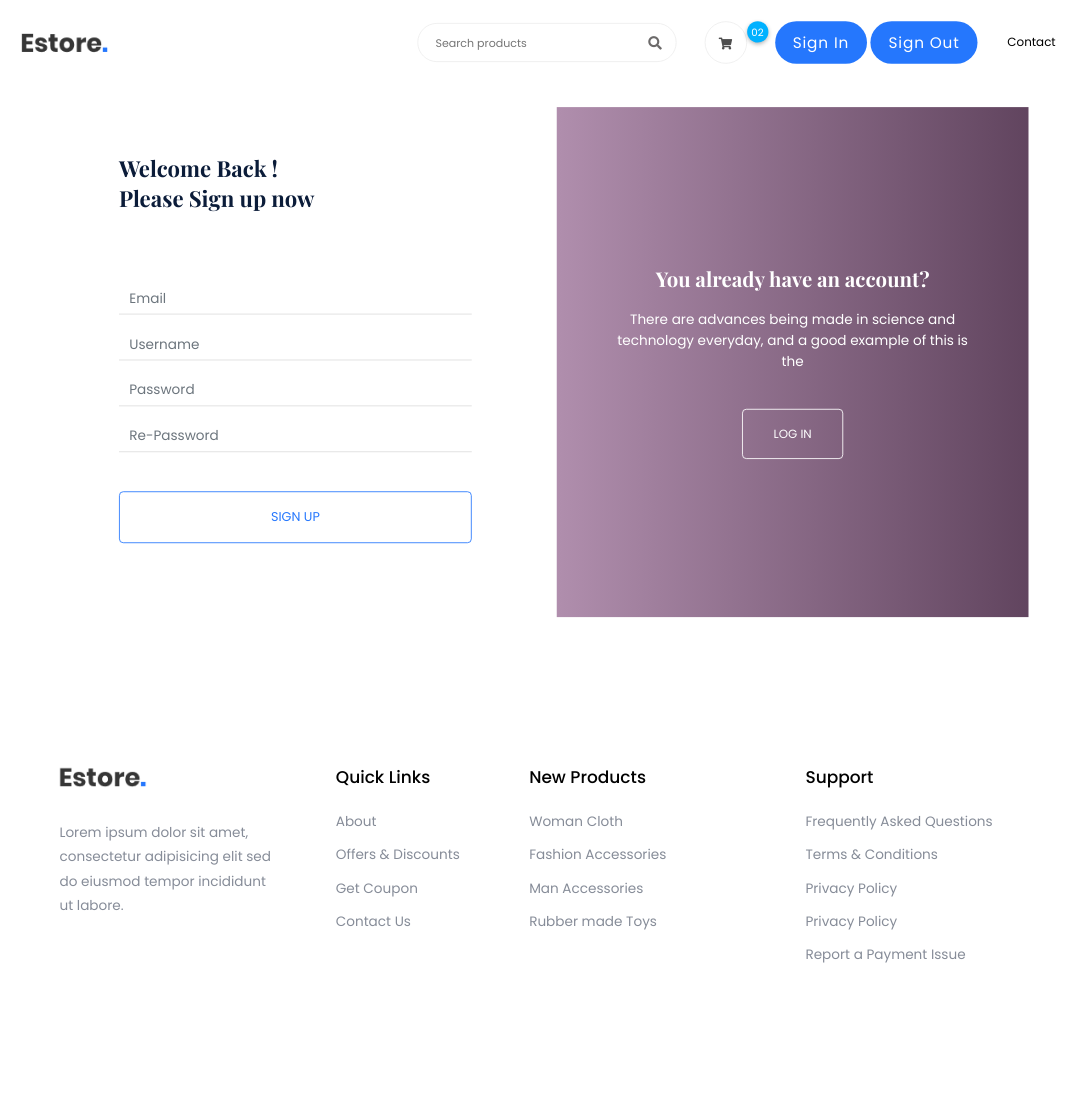
Repository: tuanloc782004/Estore-Bookshop-Website
Page: http://localhost/auth/register
These files come from the project's save history. The page is drawn as it stood at one moment and after the next save; the edit follows.
The browser window is 1280 px wide. The pictures show the whole page, at 85% of full size.
Some web fonts or font styles are not loaded; a fallback is used. The page is this project's Thymeleaf template; nobody is signed in. The template is opened directly, without the code that normally fills it, so the values that code supplies are empty.

Above is the page before, as saved 2024-10-27 03:56:27.

After the next save:
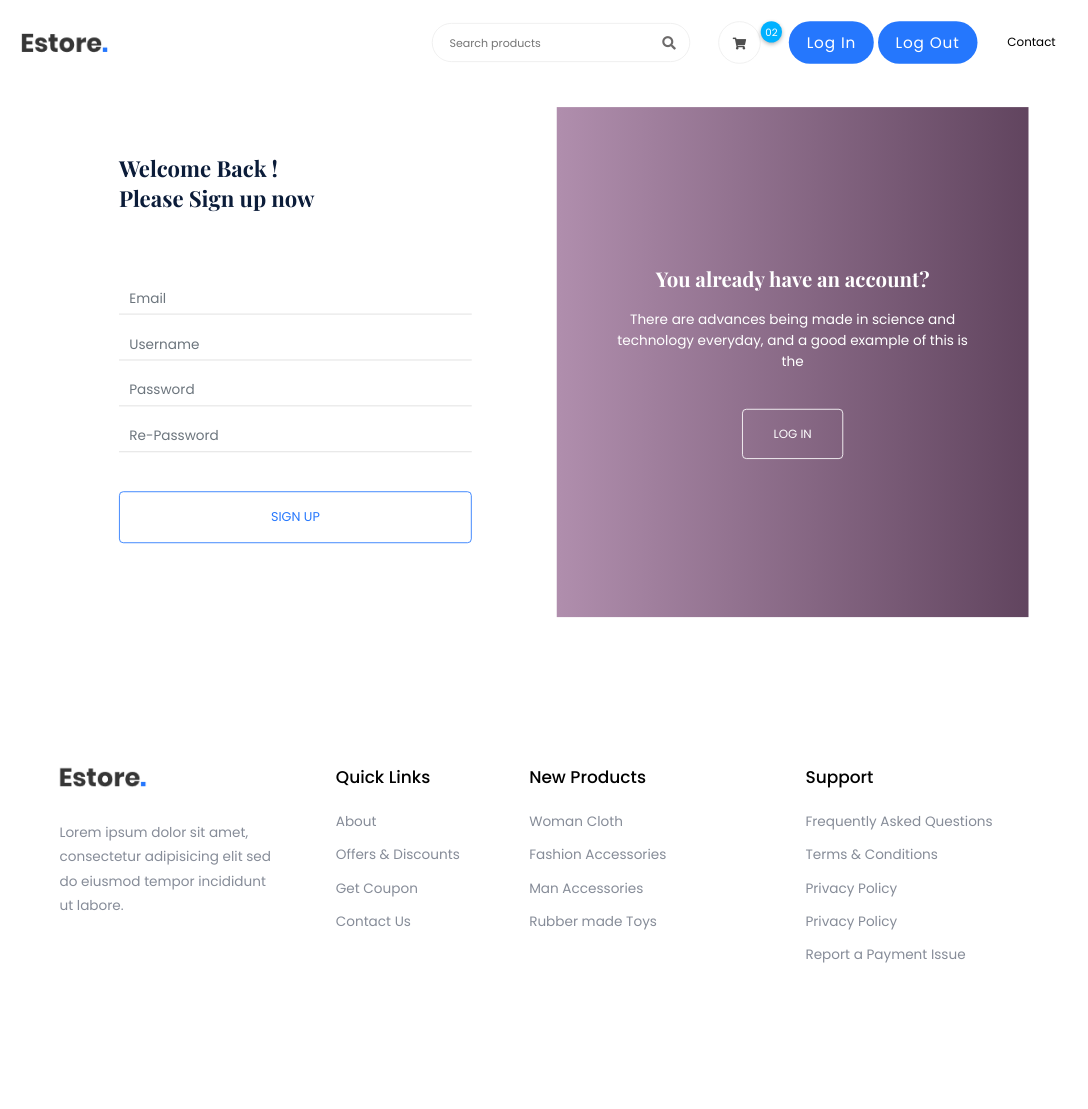
Saved 6 min 24 s later.
--- a/myscp/src/main/resources/templates/user/layout/header.html
+++ b/myscp/src/main/resources/templates/user/layout/header.html
@@ -30,9 +30,9 @@
 								</li>
 								<li class="d-none d-lg-block"><sec:authorize
 										access="isAnonymous()">
-										<a th:href="@{/login}" class="btn header-btn">Sign in</a>
+										<a th:href="@{/login}" class="btn header-btn">Log in</a>
 									</sec:authorize> <sec:authorize access="isAuthenticated()">
-										<a th:href="@{/logout}" class="btn header-btn">Sign out</a>
+										<a th:href="@{/logout}" class="btn header-btn">Log out</a>
 									</sec:authorize></li>
 							</ul>
 						</div>
